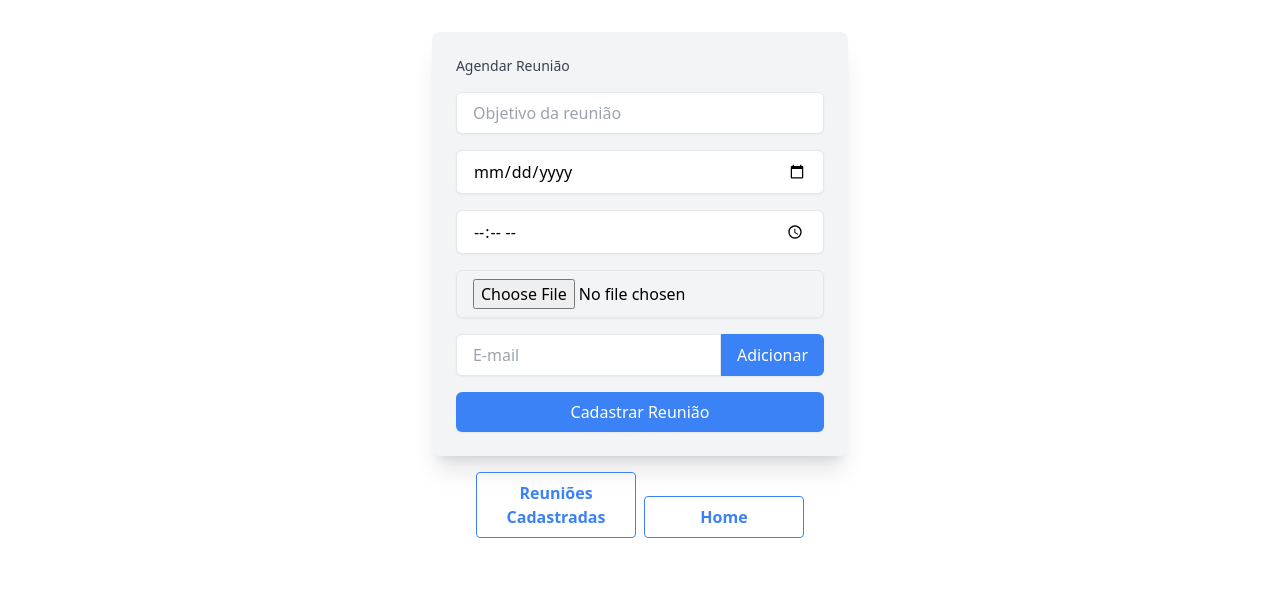
Repository: TamiBeira/meeting
Page: /form
These files come from the project's save history. The page is drawn as it stood at one moment and after the next save; the edit follows.
The browser window is 1280 px wide. The pictures show the whole page.
The project was rebuilt for these pictures with package versions that can differ from the ones it lists, and the page was loaded fresh each time. Also part of the build but not shown: vite.config.ts, src/contexts/MeetingsContext.tsx, src/components/MeetingsView.tsx, src/components/HomePage.tsx.

Above is the page before, as saved 2024-02-26 23:51:36.

### index.html
<!doctype html>
<html lang="pt">
  <head>
    <meta charset="UTF-8" />
    <meta name="viewport" content="width=device-width, initial-scale=1.0" />
    <title>Meeting</title>
  </head>
  <body>
    <div id="root"></div>
    <script type="module" src="/src/main.tsx"></script>
  </body>
</html>

### src/app.tsx
import { BrowserRouter as Router, Routes, Route } from 'react-router-dom';
import { FormProvider } from './contexts/FormContext';
import { MeetingsProvider } from './contexts/MeetingsContext';
import { Form } from './components/Form';
import { MeetingsView } from './components/MeetingsView';
import { HomePage } from './components/HomePage';

export const App = () => {
  return (
    <Router>
      <Routes>
        <Route path="/" element={<HomePage />} />
        <Route path="/form" element={<FormProvider><Form /></FormProvider>} />
        <Route path="/meetings" element={<MeetingsProvider><MeetingsView /></MeetingsProvider>} />
      </Routes>
    </Router>
  );
};

### src/contexts/FormContext.tsx
import { createContext, useContext, useState, ChangeEvent, FormEvent, ReactNode } from "react";
import { toast } from 'react-toastify';
import 'react-toastify/dist/ReactToastify.css';

export interface MeetingContextDataProps {
  data: string;
  hora: string;
  imagem: string;
  title: string;
  emails: string[];
  emailInput: string;
  handleDataChange: (event: ChangeEvent<HTMLInputElement>) => void;
  handleImagemChange: (event: ChangeEvent<HTMLInputElement>) => void;
  handleTitleChange: (event: ChangeEvent<HTMLInputElement>) => void;
  handleHoraChange: (event: ChangeEvent<HTMLInputElement>) => void;
  handleEmailInputChange: (event: ChangeEvent<HTMLInputElement>) => void;
  handleAddEmail: () => void;
  handleRemoveEmail: (index: number) => void;
  handleSubmit: (event: FormEvent<HTMLFormElement>) => void;
}

interface MeetingContextProviderProps {
  children: ReactNode;
}

const FormContext = createContext({} as MeetingContextDataProps);

export const useFormContext = () => {
  return useContext(FormContext);
};

export const FormProvider = ({ children }: MeetingContextProviderProps) => {
  const [data, setData] = useState('');
  const [hora, setHora] = useState('');
  const [imagem, setImagem] = useState<File | null>(null);
  const [title, setTitle] = useState('');
  const [emails, setEmails] = useState<string[]>([]);
  const [emailInput, setEmailInput] = useState('');

  const handleDataChange = (event: ChangeEvent<HTMLInputElement>) => {
    setData(event.target.value);
  };

  const handleImagemChange = (event: ChangeEvent<HTMLInputElement>) => {
    if (event.target.files && event.target.files[0]) {
      setImagem(event.target.files[0]);
    }
  };

  const handleTitleChange = (event: ChangeEvent<HTMLInputElement>) => {
    setTitle(event.target.value);
  };

  const handleHoraChange = (event: ChangeEvent<HTMLInputElement>) => {
    setHora(event.target.value);
  };

  const handleEmailInputChange = (event: ChangeEvent<HTMLInputElement>) => {
    setEmailInput(event.target.value);
  };

  const handleAddEmail = () => {
    setEmails([...emails, emailInput]);
    setEmailInput('');
  };

  const handleRemoveEmail = (index: number) => {
    const updatedEmails = [...emails];
    updatedEmails.splice(index, 1);
    setEmails(updatedEmails);
  };

  const handleSubmit = (event: FormEvent<HTMLFormElement>) => {
    event.preventDefault();

    const selectedDateTime = new Date(`${data}T${hora}`);
    const formattedDate = selectedDateTime.toLocaleDateString('pt-BR');
    const formattedTime = selectedDateTime.toLocaleTimeString('pt-BR', { hour: '2-digit', minute: '2-digit' });

    let imagemUrl = '';
    if (imagem) {
      const reader = new FileReader();
      reader.onload = (e) => {
        imagemUrl = e.target?.result as string;
        const meetingData = {
          title,
          data: formattedDate,
          hora: formattedTime,
          imagem: imagemUrl,
          emails
        };

        const existingData = localStorage.getItem('meetingData');
        let allMeetings: any[] = [];

        if (existingData) {
          allMeetings = JSON.parse(existingData);
        }

        const isDuplicate = allMeetings.some((meeting: any) => {
          const sameDateAndTime = meeting.data === formattedDate && meeting.hora === formattedTime;
          const sameEmails = meeting.emails.length === emails.length && meeting.emails.every((email: string) => emails.includes(email));
          return sameDateAndTime && sameEmails;
        });

        if (isDuplicate) {
          toast.error('Esta data, hora e lista de e-mails já estão sendo usadas por outra reunião.');
        } else {
          allMeetings.push(meetingData);

          localStorage.setItem('meetingData', JSON.stringify(allMeetings));

          setData('');
          setHora('');
          setImagem(null);
          setTitle('');
          setEmailInput('');
          setEmails([]);

          toast.success('Reunião cadastrada com sucesso!');
        }
      };
      reader.readAsDataURL(imagem);
    } else {
      toast.error('Por favor, selecione uma imagem.');
    }
  };

  return (
    <FormContext.Provider
      value={{
        data,
        hora,
        imagem: imagem ? URL.createObjectURL(imagem) : '',
        title,
        emails,
        emailInput,
        handleDataChange,
        handleImagemChange,
        handleTitleChange,
        handleHoraChange,
        handleEmailInputChange,
        handleAddEmail,
        handleRemoveEmail,
        handleSubmit,
      }}
    >
      {children}
    </FormContext.Provider>
  );
};

### src/components/Form.tsx
import { Link } from 'react-router-dom';
import { useFormContext } from '../contexts/FormContext';
import { ToastContainer } from 'react-toastify';

export const Form = () => {
  const {
    data,
    hora,
    title,
    emails,
    emailInput,
    handleDataChange,
    handleTitleChange,
    handleHoraChange,
    handleEmailInputChange,
    handleImagemChange,
    handleAddEmail,
    handleRemoveEmail,
    handleSubmit,
  } = useFormContext();

  return (
    <main className="flex flex-col items-center mt-8">
      <div className="mx-auto max-w-md p-6 bg-gray-100 rounded-lg shadow-xl">
        <form onSubmit={handleSubmit} className="space-y-4">
          <label htmlFor="reuniao" className="block text-sm font-medium text-gray-700">Agendar Reunião</label>
          <input
            type="text"
            placeholder="Objetivo da reunião"
            id="reuniao"
            value={title}
            onChange={handleTitleChange}
            className="block w-full px-4 py-2 border rounded-md shadow-sm focus:outline-none focus:ring-blue-500 focus:border-blue-500"
          />
          <input
            type="date"
            name="data"
            id="data"
            value={data}
            onChange={handleDataChange}
            className="block w-full px-4 py-2 border rounded-md shadow-sm focus:outline-none focus:ring-blue-500 focus:border-blue-500"
          />
          <input
            type="time"
            name="hora"
            id="hora"
            value={hora}
            onChange={handleHoraChange}
            className="block w-full px-4 py-2 border rounded-md shadow-sm focus:outline-none focus:ring-blue-500 focus:border-blue-500"
          />
          <input
            type="file"
            name="imagem"
            id="imagem"
            accept="image/*"
            onChange={handleImagemChange}
            className="block w-full px-4 py-2 border rounded-md shadow-sm focus:outline-none focus:ring-blue-500 focus:border-blue-500"
          />
          <div className="flex">
            <input
              type="text"
              placeholder="E-mail"
              value={emailInput}
              onChange={handleEmailInputChange}
              className="block flex-1 w-full px-4 py-2 border rounded-l-md shadow-sm focus:outline-none focus:ring-blue-500 focus:border-blue-500"
            />
            <button
              type="button"
              onClick={handleAddEmail}
              className="px-4 py-2 bg-blue-500 text-white rounded-r-md shadow-sm hover:bg-blue-600 focus:outline-none focus:ring-blue-500 focus:border-blue-500"
            >
              Adicionar
            </button>
          </div>
          <div>
            {emails.map((email, index) => (
              <div key={index} className="flex items-center">
                <div>{email}</div>
                <button
                  type="button"
                  onClick={() => handleRemoveEmail(index)}
                  className="ml-2 text-red-500"
                >
                  Remover
                </button>
              </div>
            ))}
          </div>
          <button
            type="submit"
            className="block w-full px-4 py-2 bg-blue-500 text-white rounded-md shadow-sm hover:bg-blue-600 focus:outline-none focus:ring-blue-500 focus:border-blue-500"
          >
            Cadastrar Reunião
          </button>
        </form>
        <ToastContainer />
      </div>
      <div className="mt-4">
      <Link to="/meetings" className="w-40 inline-block text-center border border-solid border-blue-500 text-blue-500 font-bold mr-2 px-4 py-2 rounded">Reuniões Cadastradas</Link>
      <Link to="/" className="w-40 inline-block text-center border border-solid border-blue-500 text-blue-500 font-bold px-4 py-2 rounded">Home</Link>

      </div>
    </main>
  );
};

### tailwind.config.js
/** @type {import('tailwindcss').Config} */
export default {
  content: [
    "./index.html",
    "./src/**/*.tsx",
  ],
  theme: {
    extend: {},
  },
  plugins: [],
}

Loaded but not shown: src/main.tsx (common file); src/index.css (common file)

After the next save:
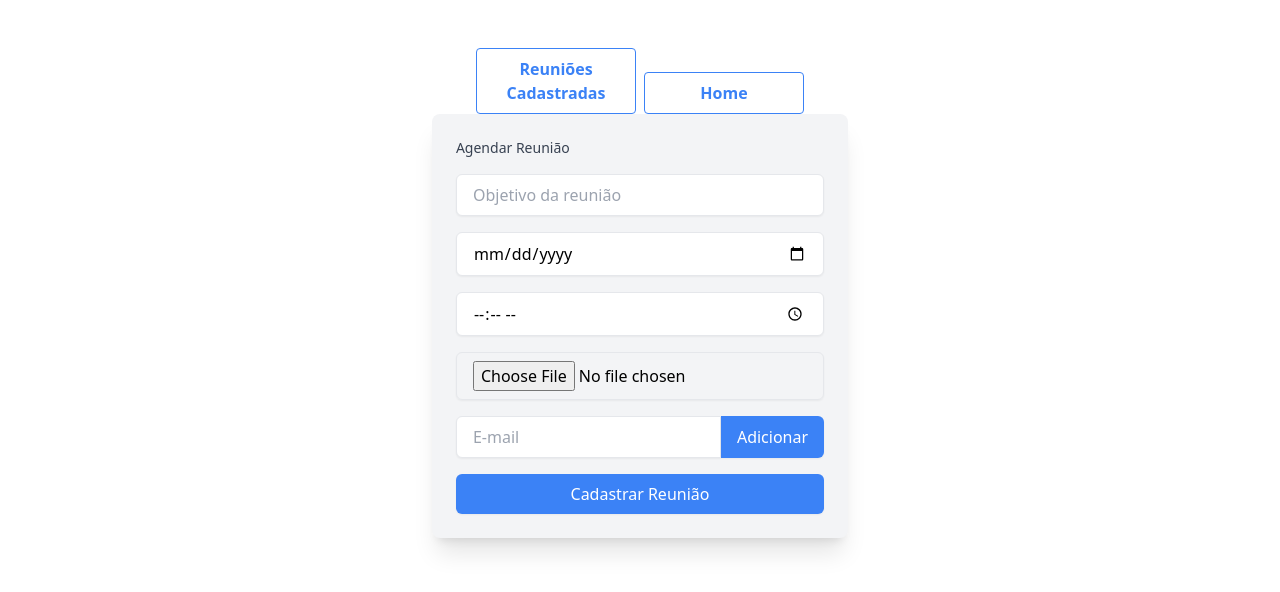
Saved 42 s later.
--- a/src/components/Form.tsx
+++ b/src/components/Form.tsx
@@ -21,6 +21,11 @@ export const Form = () => {
 
   return (
     <main className="flex flex-col items-center mt-8">
+            <div className="mt-4">
+      <Link to="/meetings" className="w-40 inline-block text-center border border-solid border-blue-500 text-blue-500 font-bold mr-2 px-4 py-2 rounded">Reuniões Cadastradas</Link>
+      <Link to="/" className="w-40 inline-block text-center border border-solid border-blue-500 text-blue-500 font-bold px-4 py-2 rounded">Home</Link>
+
+      </div>
       <div className="mx-auto max-w-md p-6 bg-gray-100 rounded-lg shadow-xl">
         <form onSubmit={handleSubmit} className="space-y-4">
           <label htmlFor="reuniao" className="block text-sm font-medium text-gray-700">Agendar Reunião</label>
@@ -95,11 +100,6 @@ export const Form = () => {
         </form>
         <ToastContainer />
       </div>
-      <div className="mt-4">
-      <Link to="/meetings" className="w-40 inline-block text-center border border-solid border-blue-500 text-blue-500 font-bold mr-2 px-4 py-2 rounded">Reuniões Cadastradas</Link>
-      <Link to="/" className="w-40 inline-block text-center border border-solid border-blue-500 text-blue-500 font-bold px-4 py-2 rounded">Home</Link>
-
-      </div>
     </main>
   );
 };
